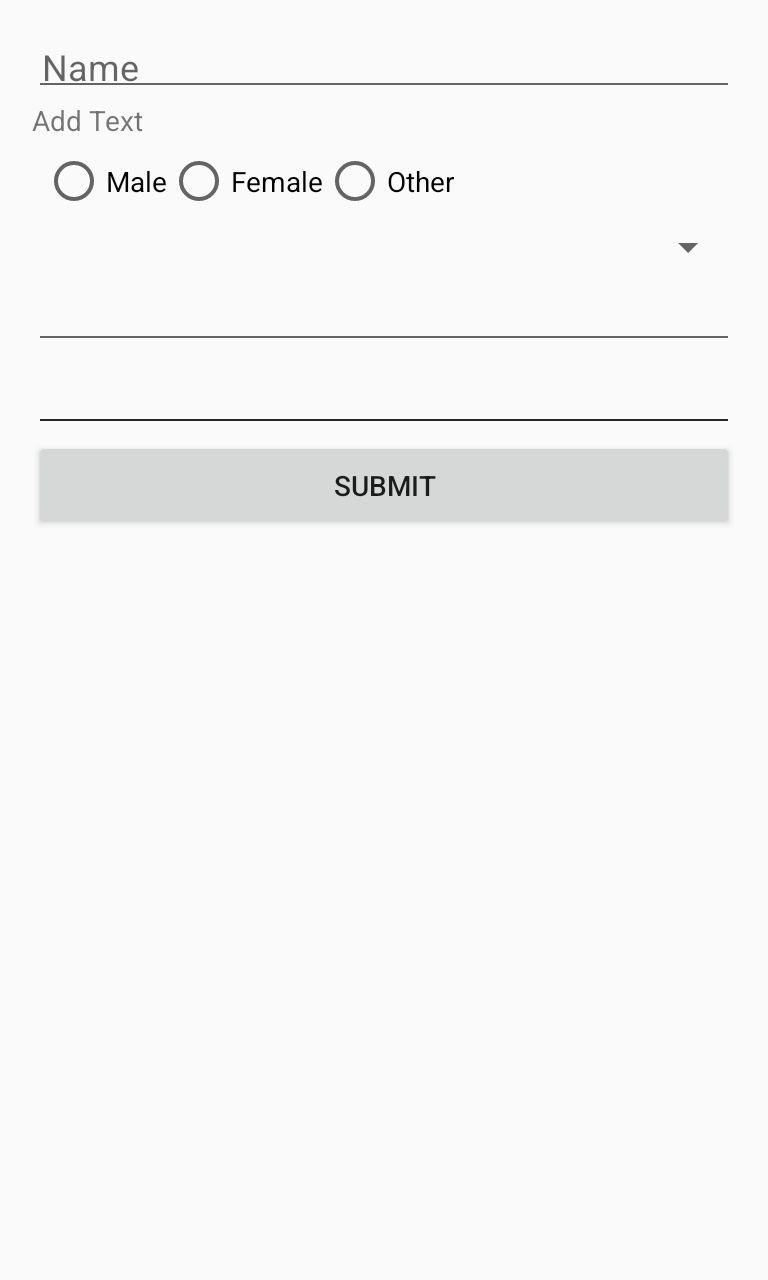
Repository: ThatCrazyIrishGuy/guiAndroidAssignment
Layout: ShoppingList/res/layout/activity_user_detail_form.xml
The author's editor kept a copy of each file at every save. The layout is drawn from the files as they stood at one save, then again after the next save.
It is drawn on a 768 x 1280 px phone screen (xhdpi) without system bars, with theme AppTheme; the app's code is not run.

Above is the layout before, as saved 2014-11-08 17:38:40.

After the next save:
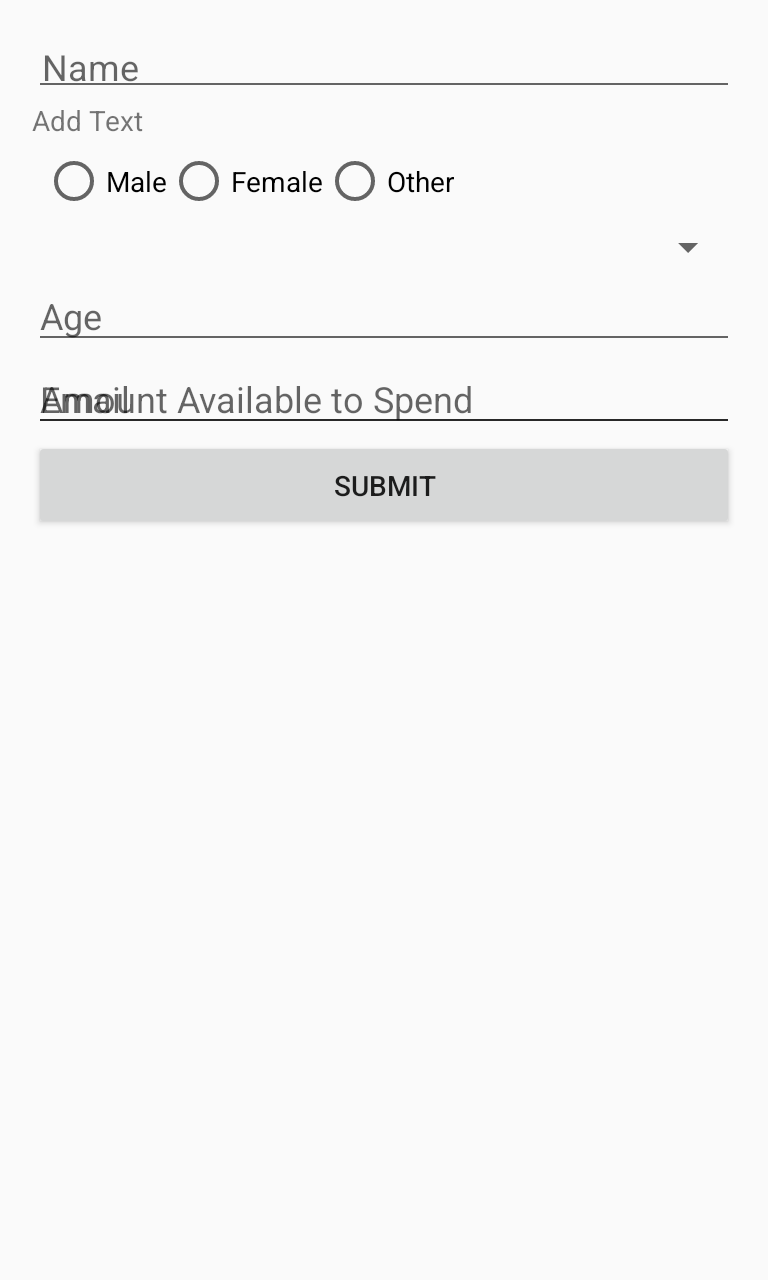
Saved 3 min 10 s later.
--- a/ShoppingList/res/layout/activity_user_detail_form.xml
+++ b/ShoppingList/res/layout/activity_user_detail_form.xml
@@ -55,6 +55,7 @@
 
     <EditText
         android:id="@+id/age"
+        android:hint="Age"
         android:layout_below="@+id/job"
         android:layout_width="fill_parent"
         android:layout_height="wrap_content"
@@ -63,6 +64,7 @@
 
    <EditText
         android:id="@+id/money"
+        android:hint="Amount Available to Spend"
         android:layout_below="@+id/age"
         android:layout_width="fill_parent"
         android:layout_height="wrap_content"
@@ -71,18 +73,19 @@
 
     <EditText
         android:id="@+id/email"
+        android:hint="Email"
         android:layout_below="@+id/age"
         android:layout_width="fill_parent"
         android:layout_height="wrap_content"
         android:inputType="textEmailAddress"
      />
 
-        <Button
+     <Button
         android:layout_below="@+id/email"
         android:id="@+id/submit"
         android:layout_width="fill_parent"
         android:layout_height="wrap_content"
         android:text ="Submit"
-    />
+     />
 
 </RelativeLayout>
